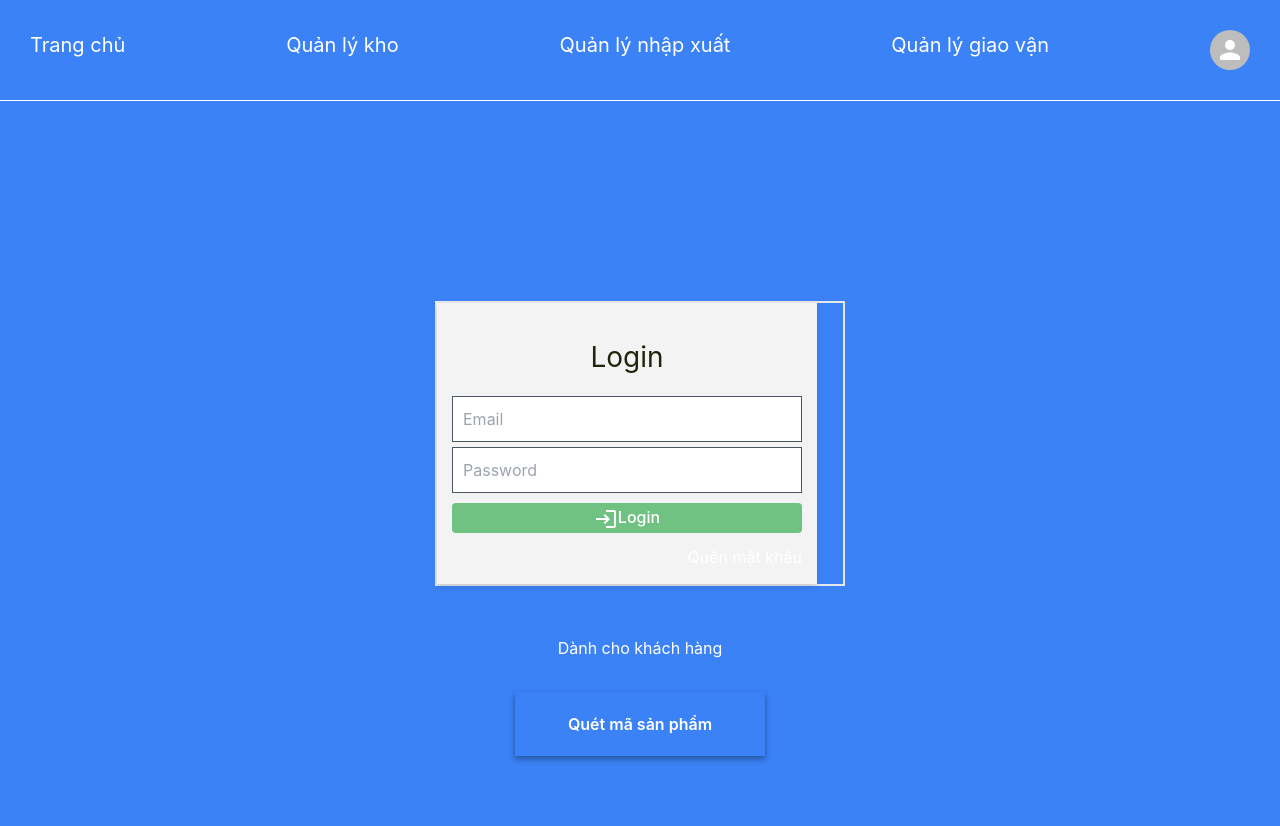
Repository: Kiendz3202/warehouse-management
Page: /login
The author's editor kept a copy of each file at every save. The page is drawn from the files as they stood at one save, then again after the next save.
The browser window is 1280 px wide. The pictures show the whole page.
The project was rebuilt for these pictures with package versions that can differ from the ones it lists, and the page was loaded fresh each time. The framework's server and built-in components were replaced by stand-ins that run in the browser. Also part of the build but not shown: next.config.js.

Above is the page before, as saved 2022-06-21 10:58:30.

### pages/_app.js
import '../styles/globals.css'
import Layout from '../components/Layout/Layout'

function MyApp({ Component, pageProps }) {
  return <Layout>
    <Component {...pageProps} />
  </Layout>
}

export default MyApp

### pages/login/index.js
import React from 'react'
import Login from '../../components/Auth/Login'
import LoginIcon from '@mui/icons-material/Login';


function LoginPage() {
    return (
        <div>
            <Login />
            <div className='max-w-[250px] w-full mx-auto mt-[30px] '>
                <div className=' text-center  p-[20px] mb-3 cursor-pointer hover:opacity-90'>Dành cho khách hàng</div>
                <div className=' text-center  p-[20px] shadow-shadowCustom font-semibold cursor-pointer hover:opacity-90'>Quét mã sản phẩm</div>
            </div>
        </div>
    )
}

export default LoginPage

### components/Layout/Layout.js
import React from 'react'
import Header from '../Header/Header'

function Layout({ children }) {
    return (
        <div>
            <div className=" max-w-[1536px] mx-auto pb-[70px] bg-blue-500 text-white">
                <Header />
                <main className=''>
                    {children}
                </main>
            </div>
        </div>
    )
}

export default Layout

### components/Auth/Login.js
import React from 'react'
import LoginIcon from '@mui/icons-material/Login';

function Login() {
    return (
        <div className=' max-w-[410px] w-full m-auto border-2 mt-[200px]'>
            <form className='flex flex-col w-[380px] p-[15px] bg-[#f3f3f3] drop-shadow-md'>
                <p className=' text-center text-[#212509] text-[28px] my-[18px]'>Login</p>
                <div className=' justify-center mb-[5px] '>
                    <input type="email" className='w-full p-[10px] border border-gray-600 outline-blue-300' placeholder='Email' />
                    {/* {isValidated.email ?? <p>{isValidated.email}</p>} */}
                </div>
                <div className=' justify-center mb-[10px] '>
                    <input type="password" className='w-full p-[10px] border border-gray-600 outline-blue-300' placeholder='Password' />
                    {/* {isValidated.password ?? <p>{isValidated.password}</p>} */}
                </div>
                <button className=' bg-[#70c282] h-[30px] rounded text-white font-medium'>
                    <LoginIcon />
                    Login
                </button>
                {/* {errorMessage ?? <p>email or password is wrong!</p>} */}
                <p className=' ml-auto mt-3 cursor-pointer hover:opacity-80'>Quên mật khẩu</p>
            </form>
        </div>
    )
}

export default Login

### components/Header/Header.js
import React from 'react'
import { Avatar } from '@mui/material'
import Link from 'next/link'

function Header() {
    return (
        <div className=' flex justify-between px-[30px] py-[30px] text-[20px] border-b border-white'>
            <div><Link href='/'><span className=' cursor-pointer hover:opacity-80'>Trang chủ</span></Link></div>
            <div><Link href='/warehouse-management'><span className=' cursor-pointer hover:opacity-80'>Quản lý kho</span></Link></div>
            <div><span className=' cursor-pointer hover:opacity-80'>Quản lý nhập xuất</span></div>
            <div><span className=' cursor-pointer hover:opacity-80'>Quản lý giao vận</span></div>
            <div><span className=' cursor-pointer'><Avatar /></span></div>
        </div>
    )
}

export default Header

### tailwind.config.js
module.exports = {
  content: [
    "./pages/**/*.{js,ts,jsx,tsx}",
    "./components/**/*.{js,ts,jsx,tsx}",
  ],
  theme: {
    extend: {
      boxShadow: {
        'shadowCustom': 'rgba(0, 0, 0, 0.16) 0px 3px 6px, rgba(0, 0, 0, 0.23) 0px 3px 6px',
      }
    },
  },
  plugins: [],
}

Loaded but not shown: styles/globals.css (common file)

After the next save:
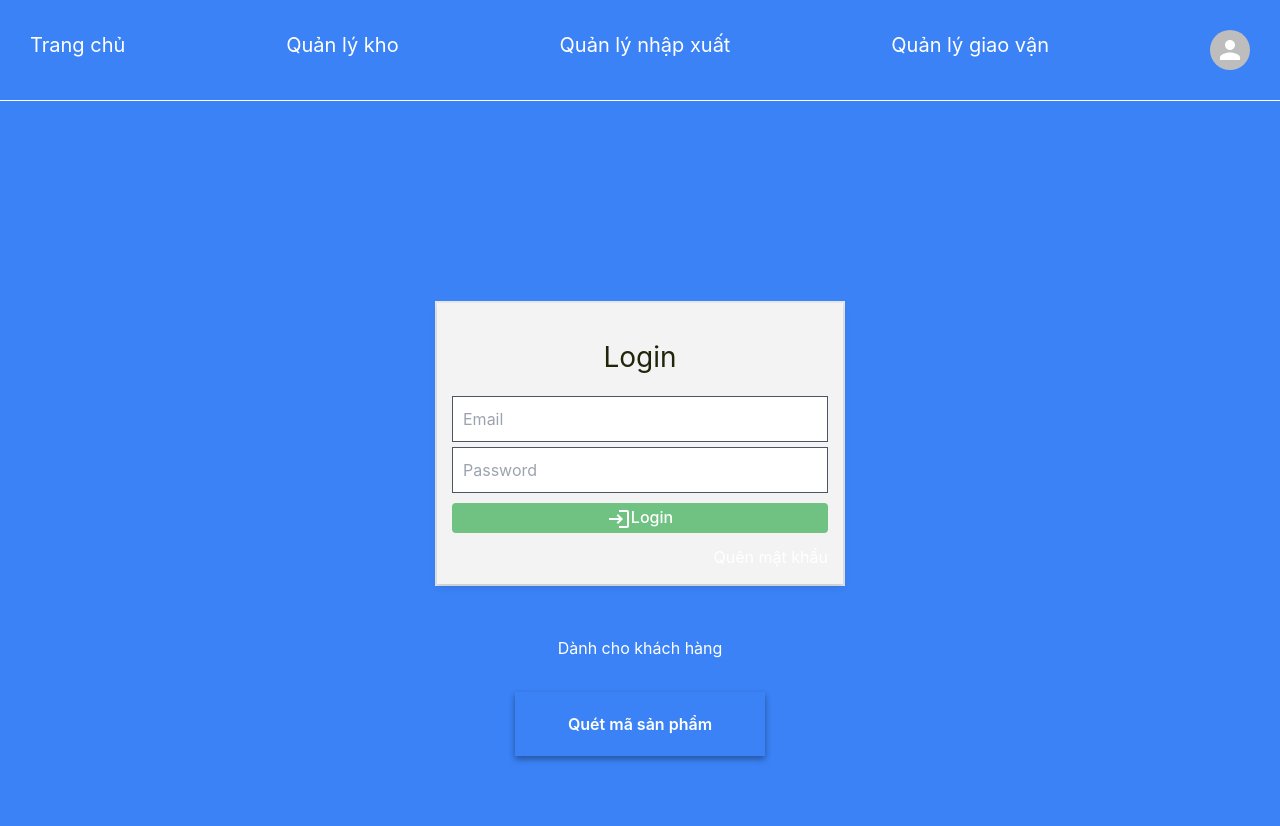
Saved 19 s later.
--- a/components/Auth/Login.js
+++ b/components/Auth/Login.js
@@ -4,7 +4,7 @@ import LoginIcon from '@mui/icons-material/Login';
 function Login() {
     return (
         <div className=' max-w-[410px] w-full m-auto border-2 mt-[200px]'>
-            <form className='flex flex-col w-[380px] p-[15px] bg-[#f3f3f3] drop-shadow-md'>
+            <form className='flex flex-col w-full p-[15px] bg-[#f3f3f3] drop-shadow-md'>
                 <p className=' text-center text-[#212509] text-[28px] my-[18px]'>Login</p>
                 <div className=' justify-center mb-[5px] '>
                     <input type="email" className='w-full p-[10px] border border-gray-600 outline-blue-300' placeholder='Email' />
